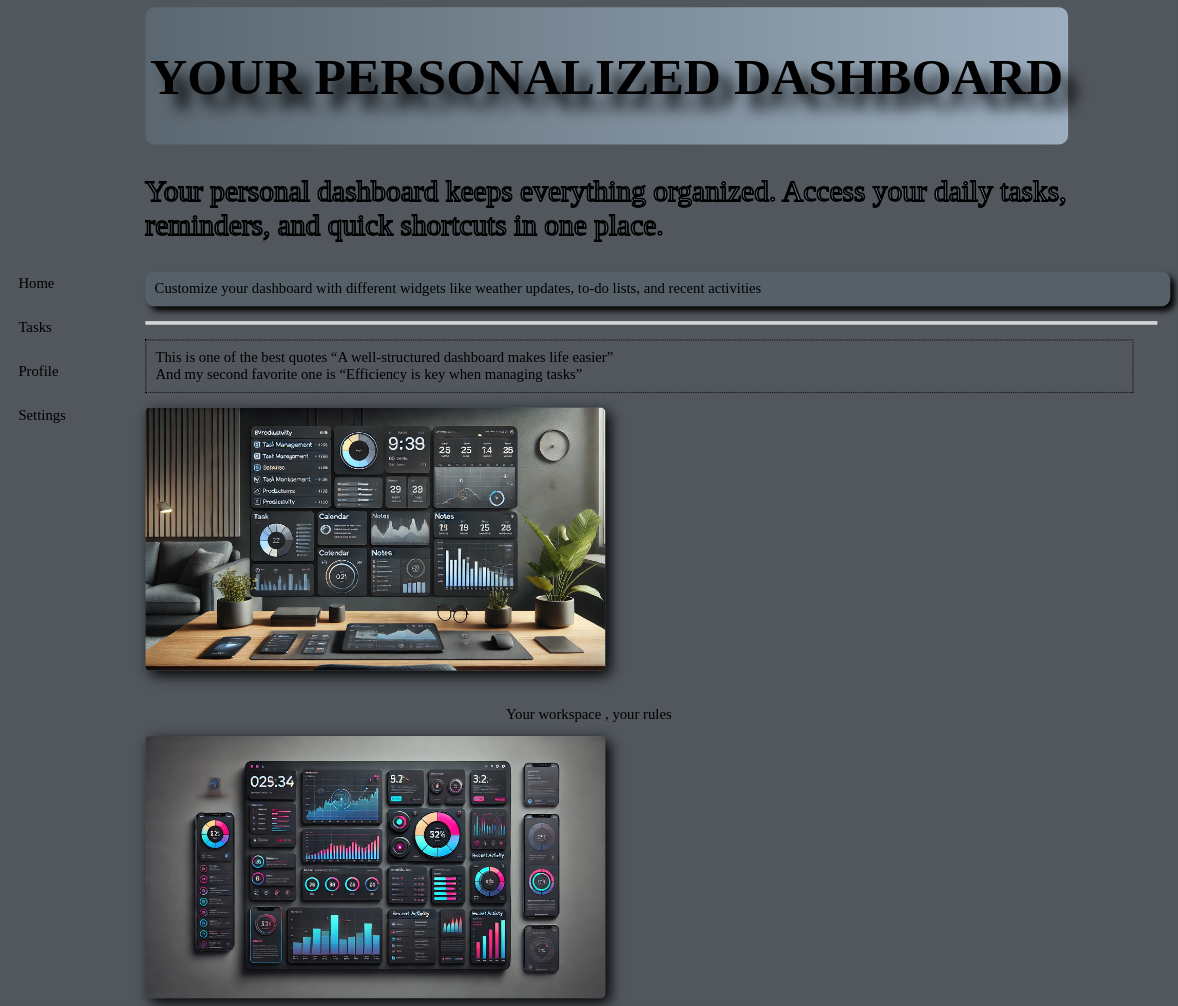
Repository: Parnicoza/testecomplete
Page: testcomplet-14.html
An editor plug-in stored every save of this project. The page is shown before and after the next save, followed by the edit.
The browser window is 1280 px wide. The pictures show the whole page, at 92% of full size.

Above is the page before, as saved 2025-02-26 15:14:20.

After the next save:
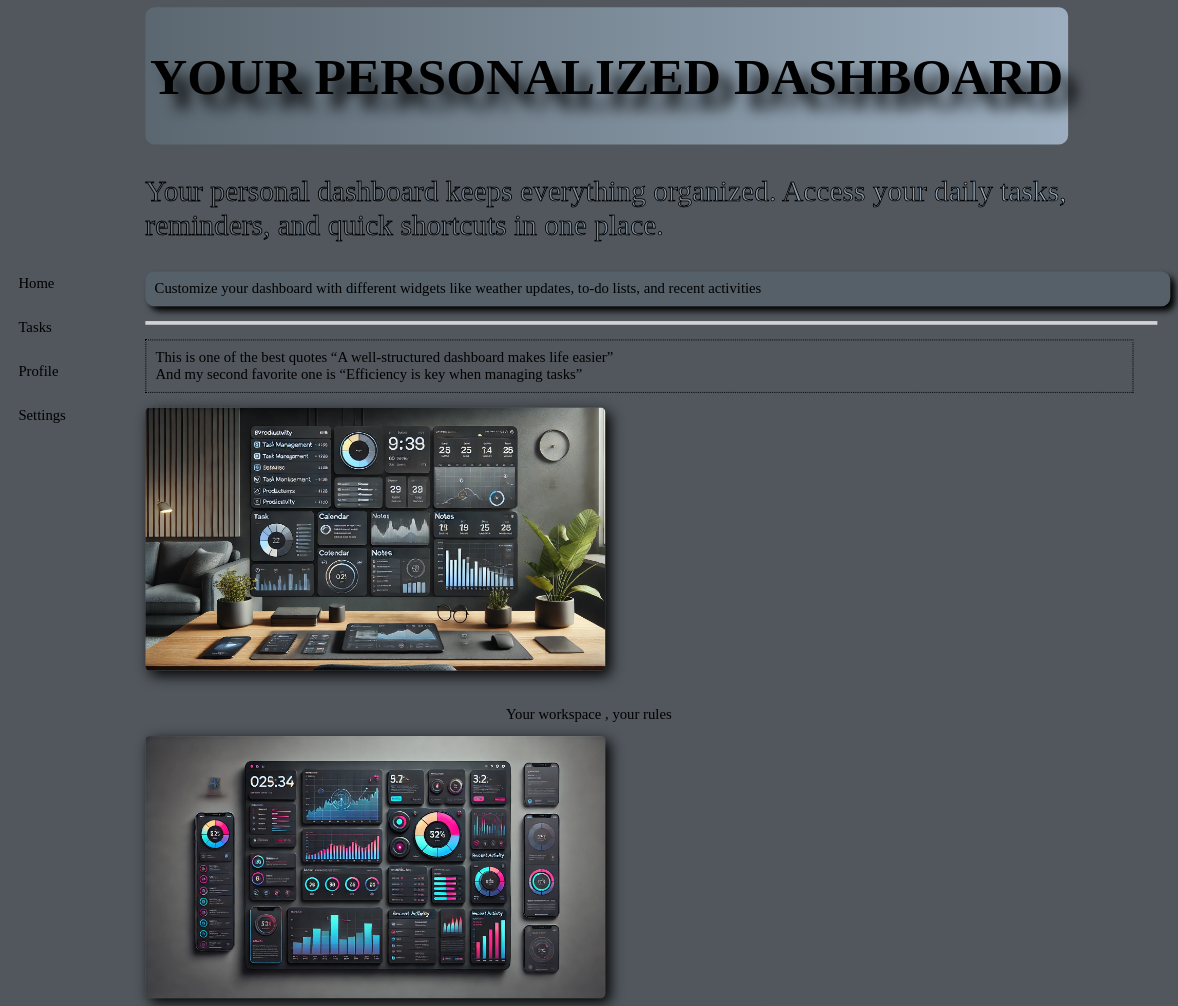
Saved 13 s later.
--- a/stilizaretestcomplet-14.css
+++ b/stilizaretestcomplet-14.css
@@ -25,7 +25,7 @@ body{
     color: transparent;
     font-size: 2em;
     margin-left: 150px;
-    -webkit-text-stroke: 2px black;
+    -webkit-text-stroke: 1px black;
 }
 
 .semi-transparent-background{
